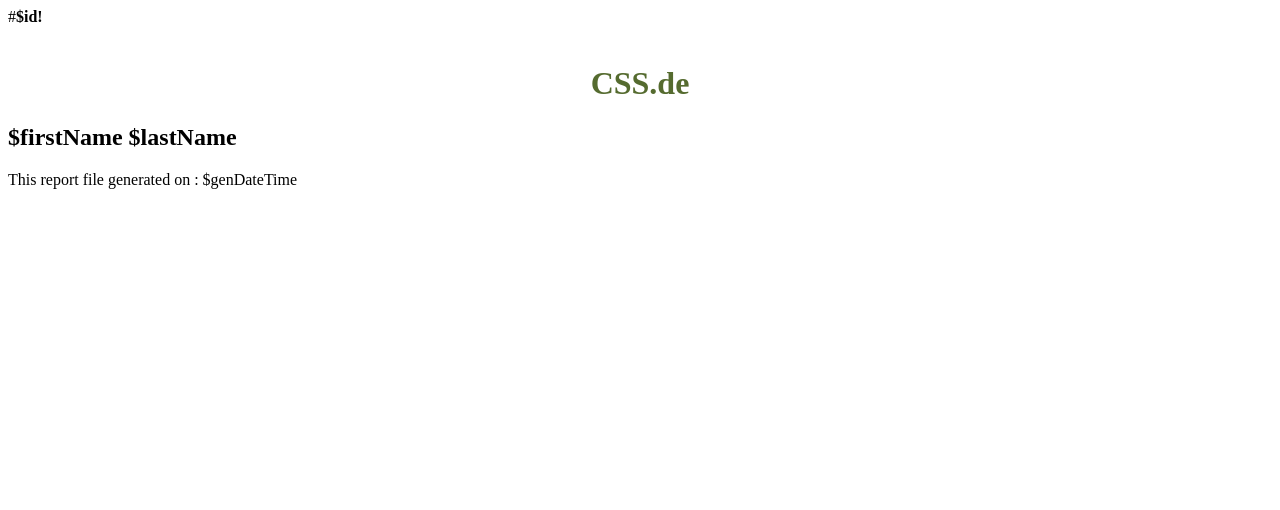
Repository: Len2/Topic4
Page: src/main/resources/templates/PDF_template.html
An editor plug-in stored every save of this project. The page is shown before and after a run of saves, followed by the edit.
The browser window is 1280 px wide. The pictures show the whole page.

Above is the page before, as saved 2020-09-07 11:07:44.

### src/main/resources/templates/PDF_template.html
<!DOCTYPE html>
<html>
<body>
#<b>$id!</b>
<br/>
<br/>
<div style="color: darkolivegreen; text-align: center;">
    <h1>CSS.de</h1>
</div>


<h2>$firstName $lastName</h2>
<div style="text-align: center;">
</div>


<p>This report file generated on : $genDateTime</p>

</body>
</html>

After the next 3 saves:
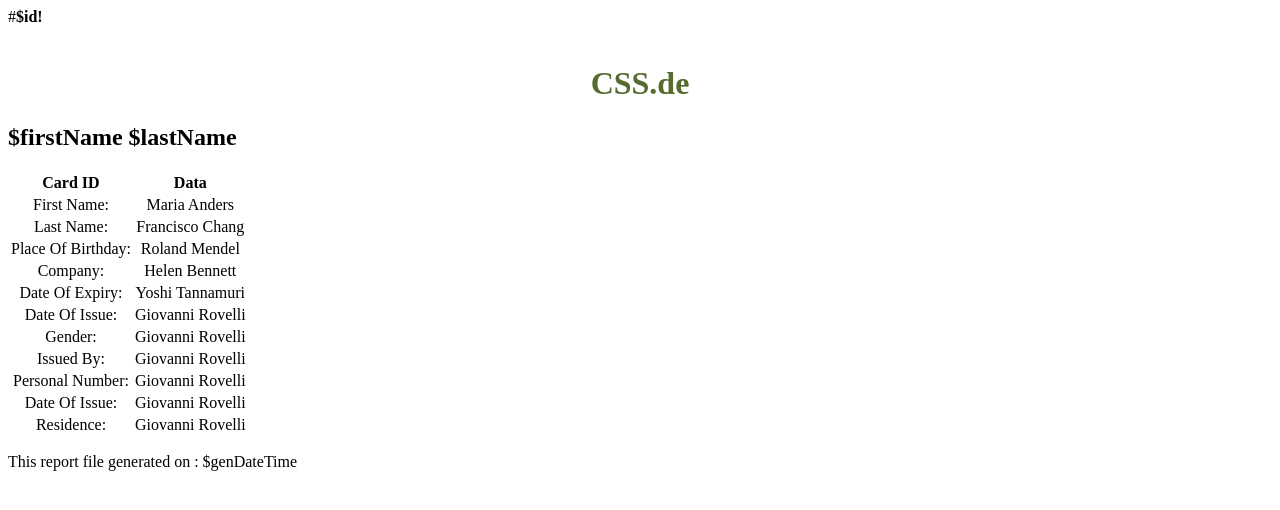
The 3 saves are shown as one change because they came seconds apart.
The last was saved 8 s later.
--- a/src/main/resources/templates/PDF_template.html
+++ b/src/main/resources/templates/PDF_template.html
@@ -11,10 +11,61 @@
 
 <h2>$firstName $lastName</h2>
 <div style="text-align: center;">
+    <table>
+        <tr>
+          <th>Card ID</th>
+          <th>Data</th>
+        </tr>
+
+        <tr>
+          <td>First Name:</td>
+          <td>Maria Anders</td>
+        </tr>
+        <tr>
+          <td>Last Name:</td>
+          <td>Francisco Chang</td>
+        </tr>
+        <tr>
+          <td>Place Of Birthday:</td>
+          <td>Roland Mendel</td>
+        </tr>
+        <tr>
+          <td>Company:</td>
+          <td>Helen Bennett</td>
+        </tr>
+        <tr>
+          <td>Date Of Expiry:</td>
+          <td>Yoshi Tannamuri</td>
+
+        </tr>
+        <tr>
+          <td>Date Of Issue:</td>
+          <td>Giovanni Rovelli</td>
+        </tr>
+        <tr>
+          <td>Gender:</td>
+          <td>Giovanni Rovelli</td>
+        </tr>
+        <tr>
+          <td>Issued By:</td>
+          <td>Giovanni Rovelli</td>
+        </tr>
+        <tr>
+          <td>Personal Number:</td>
+          <td>Giovanni Rovelli</td>
+        </tr>
+        <tr>
+          <td>Date Of Issue:</td>
+          <td>Giovanni Rovelli</td>
+        </tr>
+        <tr>
+          <td>Residence:</td>
+          <td>Giovanni Rovelli</td>
+        </tr>
+      </table>
 </div>
 
 
 <p>This report file generated on : $genDateTime</p>
-
 </body>
 </html>
